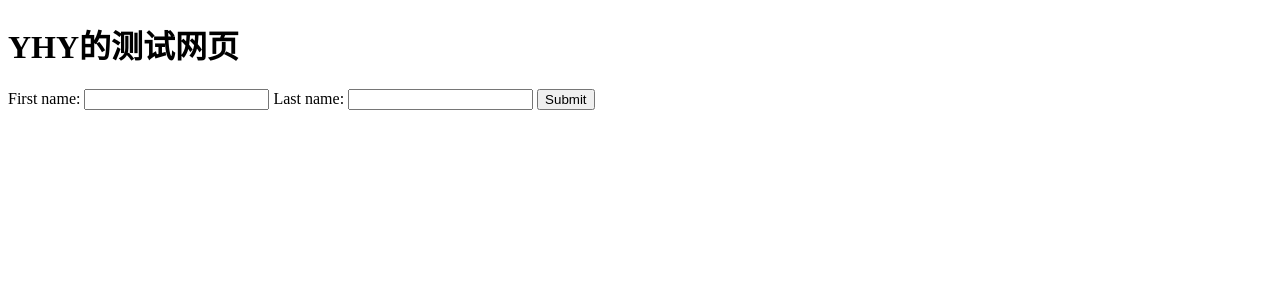
Repository: Darkmoon1/Bank-java-
Page: Bank/myBank/WebContent/home.html
An editor plug-in stored every save of this project. The page is shown before and after the next save, followed by the edit.
The browser window is 1280 px wide. The pictures show the whole page.

Above is the page before, as saved 2017-07-13 16:39:57.

After the next save:
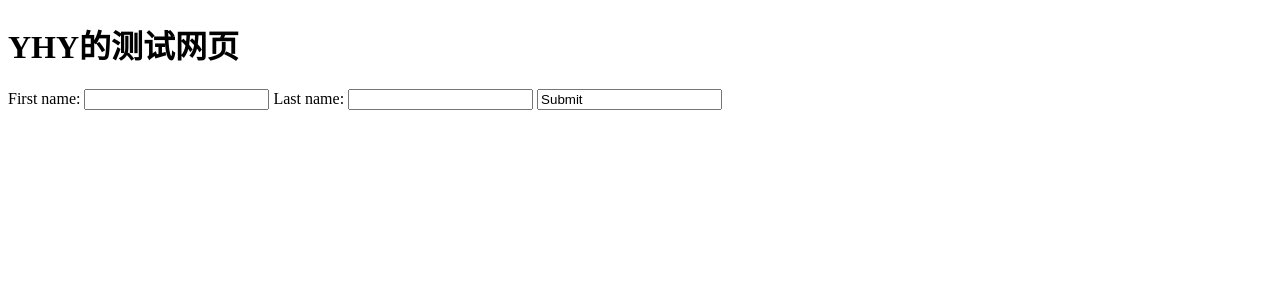
Saved 5 min 52 s later.
--- a/Bank/myBank/WebContent/home.html
+++ b/Bank/myBank/WebContent/home.html
@@ -13,7 +13,8 @@
 	<form action="MyServlet" method="post">
 	First name: <input type="text" name="fname" required="required"/>
   	Last name: <input type="text" name="lname" required="required"/>
-  	<input type="submit" value="Submit" value = "注册用户"/>
+  	<input id="regist" value="Submit" value = "注册用户" onclick=""/>
+
 	</form>
 </body>
 </html>
